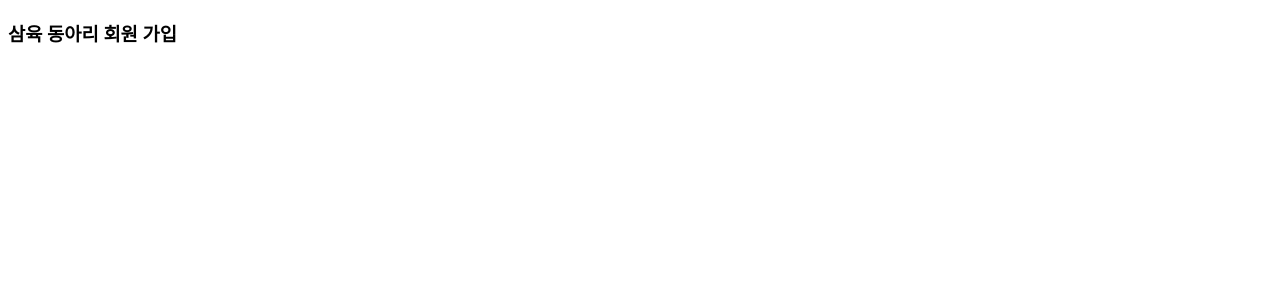
Repository: 2er0127/oracleSQL
Page: http://localhost/jsp/JSPFormTest01.jsp
The author's editor kept a copy of each file at every save. The page is drawn from the files as they stood at one save, then again after the next save.
The browser window is 1280 px wide. The pictures show the whole page.
The page is served by Tomcat 9.

Above is the page before, as saved 2020-11-30 13:52:18.

### jsp/Webapp/JSPFormTest01.jsp
<%@ page language="java" contentType="text/html; charset=UTF-8"
    pageEncoding="UTF-8"%>
<!DOCTYPE html>
<html>
<head>
<meta charset="UTF-8">
<title>Insert title here</title>
</head>
<body>
<h3>삼육 동아리 회원 가입 </h3>
<form action="JSPViewTest01.jsp" method="POST">

</form>
</body>
</html>

After the next save:
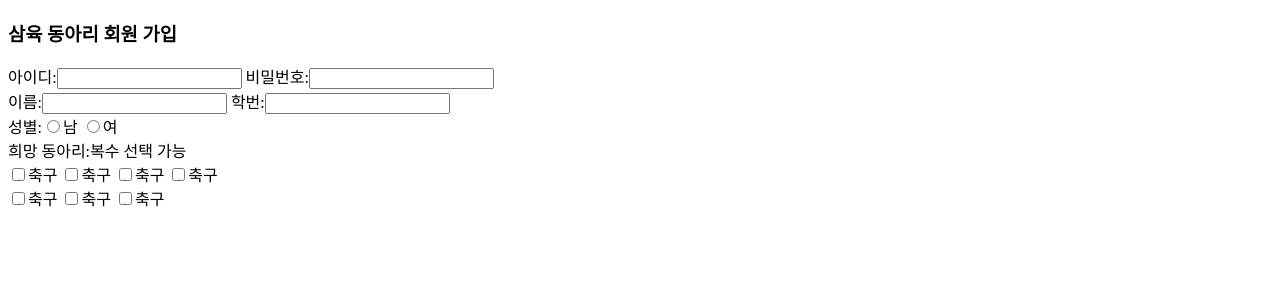
Saved 8 min 51 s later.
--- a/jsp/Webapp/JSPFormTest01.jsp
+++ b/jsp/Webapp/JSPFormTest01.jsp
@@ -9,6 +9,25 @@
 <body>
 <h3>삼육 동아리 회원 가입 </h3>
 <form action="JSPViewTest01.jsp" method="POST">
+아이디:<input type="text" name="id">
+비밀번호:<input type="password" name="pwd">
+<br>
+이름:<input type="text" name="name">
+학번:<input type="text" name="hakbun">
+<br>
+성별:<input type="radio" name="s" value="남">남 <input type="radio" name="s" value="여">여
+<br>
+희망 동아리:복수 선택 가능
+<br>
+<input type="checkbox" name="dongahri" value="축구">축구
+<input type="checkbox" name="dongahri" value="축구">축구
+<input type="checkbox" name="dongahri" value="축구">축구
+<input type="checkbox" name="dongahri" value="축구">축구
+<br>
+<input type="checkbox" name="dongahri" value="축구">축구
+<input type="checkbox" name="dongahri" value="축구">축구
+<input type="checkbox" name="dongahri" value="축구">축구
+
 
 </form>
 </body>
